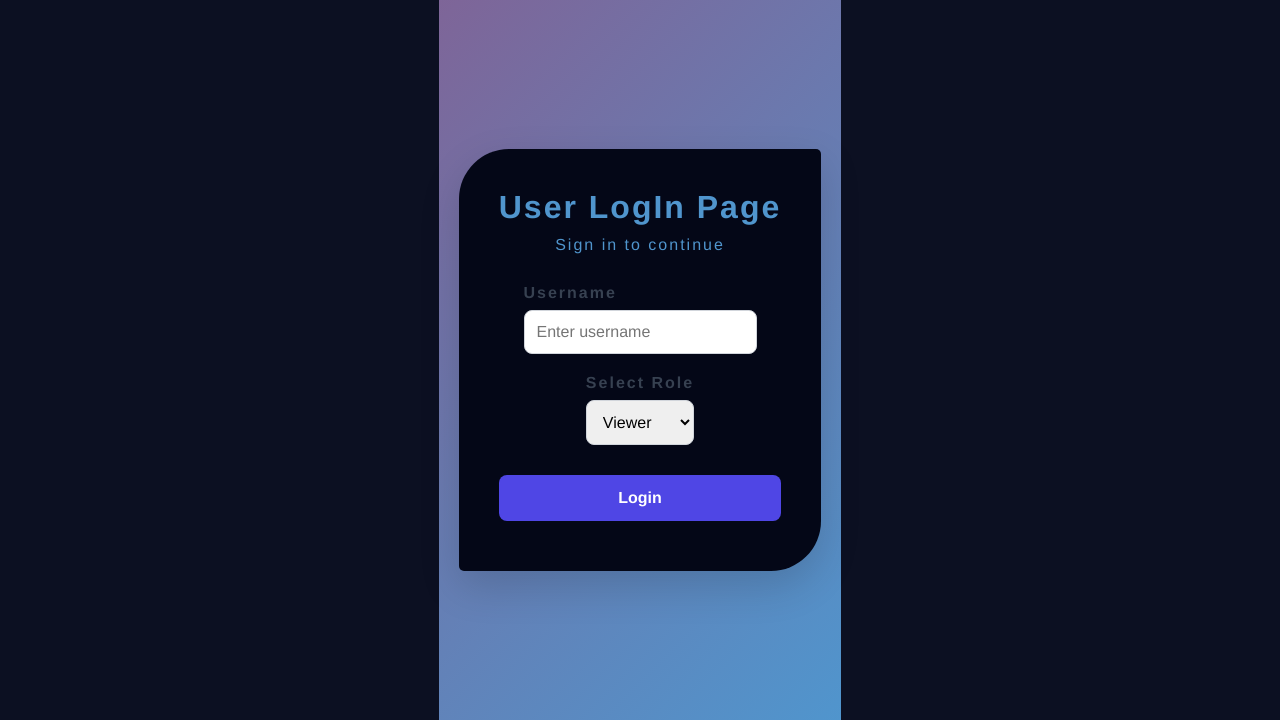
Repository: SolomonChinonso/myUserDashboard
Page: / (app in my-user-dashboard-app/)
The author's editor kept a copy of each file at every save. The page is drawn from the files as they stood at one save, then again after the next save.
The browser window is 1280 px wide. The pictures show the whole page.
The project was rebuilt for these pictures with package versions that can differ from the ones it lists, and the page was loaded fresh each time. Also part of the build but not shown: my-user-dashboard-app/vite.config.ts, my-user-dashboard-app/src/App.css, my-user-dashboard-app/src/pages/Dashboard.tsx, my-user-dashboard-app/src/pages/Profile.tsx, my-user-dashboard-app/src/pages/Settings.tsx, my-user-dashboard-app/src/components/Navbar.tsx, my-user-dashboard-app/src/components/ProtectedRoute.tsx.

Above is the page before, as saved 2026-05-30 14:51:57.

### my-user-dashboard-app/index.html
<!doctype html>
<html lang="en">
  <head>
    <meta charset="UTF-8" />
    <link rel="icon" type="image/svg+xml" href="/favicon.svg" />
    <meta name="viewport" content="width=device-width, initial-scale=1.0" />
    <title>my-user-dashboard-app</title>
  </head>
  <body>
    <div id="root"></div>
    <script type="module" src="/src/main.tsx"></script>
  </body>
</html>

### my-user-dashboard-app/src/main.tsx
import React from "react";
import ReactDOM from "react-dom/client";
import App from "./App";
import { BrowserRouter } from "react-router-dom";
import { AuthProvider } from "./context/AuthProvider"
import "./index.css"


ReactDOM.createRoot(document.getElementById("root")!).render(
  <React.StrictMode>
    <BrowserRouter>
      <AuthProvider>
        <App />
      </AuthProvider>
    </BrowserRouter>
  </React.StrictMode>
);

### my-user-dashboard-app/src/App.tsx
import {
  Routes,
  Route,
  Navigate,
} from "react-router-dom";
import "./App.css"

import Login from "./pages/Login";
import Dashboard from "./pages/Dashboard";
import Profile from "./pages/Profile";
import Settings from "./pages/Settings";

import Navbar from "./components/Navbar";
import ProtectedRoute from "./components/ProtectedRoute";

import { useAuth } from "./hooks/useAuth";

function App() {
  const { user } = useAuth();

  return (
    <div className="app-section">
      {user && <Navbar />}

      <Routes>
        {/* Redirect homepage to login */}
        <Route
          path="/"
          element={<Navigate to="/login" replace />}
        />

        <Route
          path="/login"
          element={<Login />}
        />

        <Route
          path="/dashboard"
          element={
            <ProtectedRoute>
              <Dashboard />
            </ProtectedRoute>
          }
        />

        <Route
          path="/profile"
          element={
            <ProtectedRoute>
              <Profile />
            </ProtectedRoute>
          }
        />

        <Route
          path="/settings"
          element={
            <ProtectedRoute adminOnly>
              <Settings />
            </ProtectedRoute>
          }
        />

        {/* Catch-all route */}
        <Route
          path="*"
          element={<Navigate to="/login" replace />}
        />
      </Routes>
    </div>
  );
}

export default App;

### my-user-dashboard-app/src/context/AuthProvider.tsx
import {
  useState,
  type ReactNode,
} from "react";

import type { User } from "../types/user";

import { AuthContext } from "./AuthContext";

interface AuthProviderProps {
  children: ReactNode;
}

export const AuthProvider = ({
  children,
}: AuthProviderProps) => {
  const [user, setUser] =
    useState<User | null>(null);

  const login = (userData: User) => {
    setUser(userData);
  };

  const logout = () => {
    setUser(null);
  };

  return (
    <AuthContext.Provider
      value={{
        user,
        login,
        logout,
      }}
    >
      {children}
    </AuthContext.Provider>
  );
};

### my-user-dashboard-app/src/index.css
*{
    margin: 0;
    padding: 0;
    font-family: 'Franklin Gothic Medium', 'Arial Narrow', Arial, sans-serif;
    box-sizing: border-box;
}
body{
    display: flex;
    justify-content: center;
    align-items: center;
    letter-spacing: 2px;
    background-color: #0c1022;
}

### my-user-dashboard-app/src/pages/Login.tsx
// import { useState } from "react";
// import { useNavigate } from "react-router-dom";
// import { useAuth } from "../hooks/useAuth";
// import "./Login.css"

// const Login = () => {
//   const [username, setUsername] = useState("");
//   const [role, setRole] = useState("Viewer");

//   const { login } = useAuth();
//   const navigate = useNavigate();

//   const handleLogin = () => {
//     login({
//       username,
//       role: role as "Admin" | "Editor" | "Viewer",
//     });

//     navigate("/dashboard");
//   };

//   return (
//     <div className="login-page">
//       <h1>Login</h1>

//       <input
//         type="text"
//         placeholder="Username"
//         value={username}
//         onChange={(e) => setUsername(e.target.value)}
//       />

//       <select
//         value={role}
//         onChange={(e) => setRole(e.target.value)}
//       >
//         <option>Admin</option>
//         <option>Editor</option>
//         <option>Viewer</option>
//       </select>

//       <button onClick={handleLogin}>
//         Login
//       </button>
//     </div>
//   );
// };

// export default Login;
import { useState } from "react";
import { useNavigate } from "react-router-dom";
import { useAuth } from "../hooks/useAuth";
import "./Login.css";

const Login = () => {
  const [username, setUsername] = useState("");
  const [role, setRole] = useState("Viewer");

  const { login } = useAuth();
  const navigate = useNavigate();

  const handleLogin = () => {
    login({
      username,
      role: role as "Admin" | "Editor" | "Viewer",
    });

    navigate("/dashboard");
  };

  return (
    <div className="login-page">
      <div className="login-card">
        <h1>User LogIn Page</h1>
        <p className="subtitle">
          Sign in to continue
        </p>

        <div className="form-group">
          <label>Username</label>
          <input
            type="text"
            placeholder="Enter username"
            value={username}
            onChange={(e) =>
              setUsername(e.target.value)
            }
          />
        </div>

        <div className="form-group">
          <label>Select Role</label>
          <select
            value={role}
            onChange={(e) =>
              setRole(e.target.value)
            }
          >
            <option>Admin</option>
            <option>Editor</option>
            <option>Viewer</option>
          </select>
        </div>

        <button
          className="login-btn"
          onClick={handleLogin}
        >
          Login
        </button>
      </div>
    </div>
  );
};

export default Login;

### my-user-dashboard-app/src/hooks/useAuth.ts
import { useContext } from "react";

import { AuthContext } from "../context/AuthContext";

export const useAuth = () => {
  const context = useContext(AuthContext);

  if (!context) {
    throw new Error(
      "useAuth must be used inside AuthProvider"
    );
  }

  return context;
};

### my-user-dashboard-app/src/context/AuthContext.ts
import { createContext } from "react";

import type { User } from "../types/user";

export interface AuthContextType {
  user: User | null;
  login: (user: User) => void;
  logout: () => void;
}
export const AuthContext =
  createContext<AuthContextType | null>(null);

### my-user-dashboard-app/src/pages/Login.css
/* Full page layout */
.login-page {
  min-height: 100vh;
  display: flex;
  justify-content: center;
  align-items: center;

  background: linear-gradient(
    135deg,
    #7e6598,
    #5095cd
  );

  padding: 20px;
}

/* Login card */
.login-card {
  width: 100%;
  max-width: 400px;
  height: 70%;
  background: #040717;
  padding: 40px;
  border-radius: 50px 5px;
  display: flex;
  flex-direction: column;
  justify-content: center;
  align-items: center;
  box-shadow: 0 15px 40px
    rgba(0, 0, 0, 0.15);

  text-align: center;
}

/* Heading */
.login-card h1 {
  margin-bottom: 10px;
  color: #5095cd;
}

.subtitle {
  color: #5095cd;
  margin-bottom: 30px;
}

/* Form group */
.form-group {
  display: flex;
  flex-direction: column;
  text-align: left;
  margin-bottom: 20px;
}

.form-group label {
  margin-bottom: 8px;
  font-weight: 600;
  color: #374151;
}

/* Inputs */
.form-group input,
.form-group select {
  padding: 12px;
  border: 1px solid #d1d5db;
  border-radius: 8px;

  font-size: 16px;
  outline: none;

  transition: 0.3s ease;
}

.form-group input:focus,
.form-group select:focus {
  border-color: #4f46e5;
  box-shadow: 0 0 0 3px
    rgba(79, 70, 229, 0.15);
}

/* Button */
.login-btn {
  width: 100%;
  padding: 14px;

  border: none;
  border-radius: 8px;

  background: #4f46e5;
  color: white;

  font-size: 16px;
  font-weight: bold;

  cursor: pointer;
  transition: 0.3s ease;
}

.login-btn:hover {
  background: #4338ca;
  transform: translateY(-2px);
}

### my-user-dashboard-app/src/components/Navbar.css
nav{
    background-color: rgb(154, 195, 231);
    display: flex;
    justify-content: space-between;
    align-items: center;
    margin: 20px;
    padding: 30px;
    max-width: 100vw;
    border-radius: 50px;

}
.links{
    display: flex;
    gap: 20px;

}
a{
    font-family: Arial, Helvetica, sans-serif;
    text-decoration: none;
    color: rgb(4, 4, 21);

}
button{
    font-size: 1rem;
    color: #4d4894;
    padding: 5px 20px;
    margin: 10px;
    border: 2px solid #0ff;
    border-radius: 50px;
    background: transparent;
    cursor: pointer;
    transition: 0.3s ease-in-out;
}
span{
    order: -1;
    background: white;
    color: rgb(22, 24, 86);
}

After the next save:
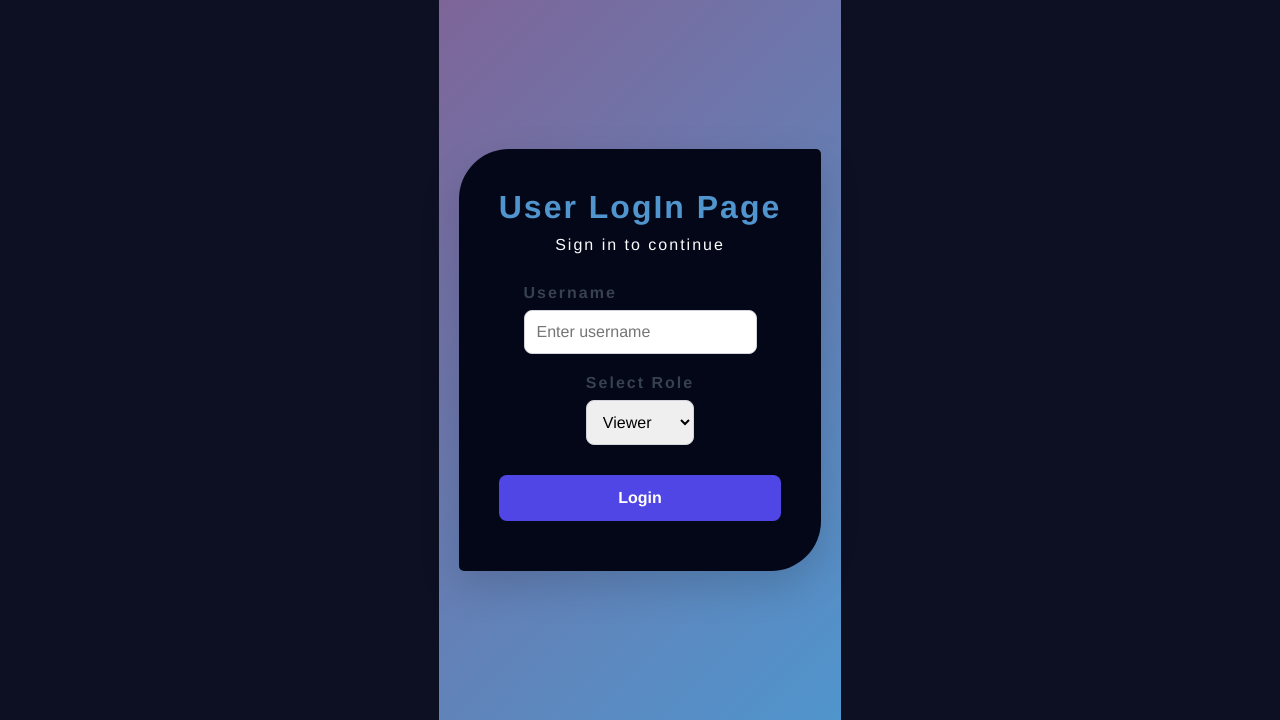
Saved 11 s later.
--- a/my-user-dashboard-app/src/pages/Login.css
+++ b/my-user-dashboard-app/src/pages/Login.css
@@ -39,7 +39,7 @@
 }
 
 .subtitle {
-  color: #5095cd;
+  color: #fafcfe;
   margin-bottom: 30px;
 }
 
